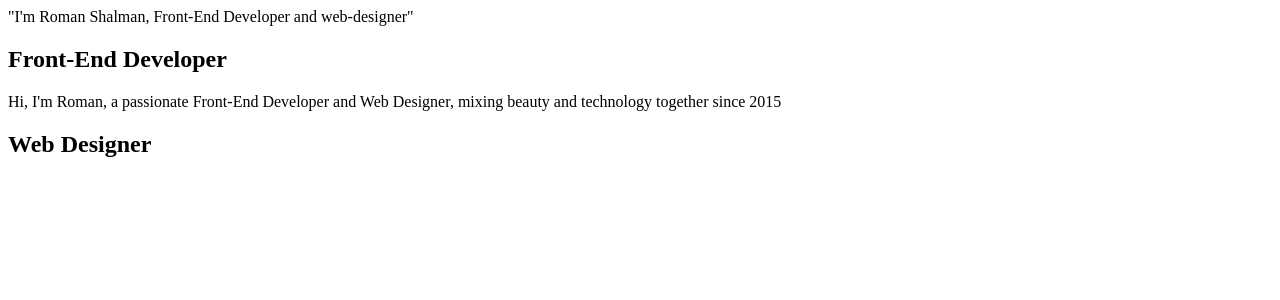
Repository: RShalman/rshalman.github.io
Page: index.html
These files come from the project's save history. The page is drawn as it stood at one moment and after the next save; the edit follows.
The browser window is 1280 px wide. The pictures show the whole page.

Above is the page before, as saved 2018-10-18 12:07:56.

### index.html
<!DOCTYPE html>
<html>
<head>
    <meta charset="utf-8" />
    <meta http-equiv="X-UA-Compatible" content="IE=edge">
    <title>Roman Shalman - Front-End Developer</title>
    <description>"I'm Roman Shalman, Front-End Developer and web-designer"</description>
    <meta name="viewport" content="width=device-width, initial-scale=1">
    <link rel="stylesheet" type="text/css" media="screen" href="css/main.css" />
    <script src="js/main.js"></script>
</head>
<body>
    <section id="intro">
        <h1 id="title">Front-End Developer</h1>
        <p id="description">Hi, I'm Roman, a passionate Front-End Developer and Web Designer, mixing beauty and technology together since 2015</p>
        <h2 id="second-prof">Web Designer</h2>
        <a href="mailto:romanshalman@gmail.com" class="my_btn"></a>
    </section>
</body>
</html>

Loaded but not shown: js/main.js (no stored copy; drawn as an empty file); css/main.css (no stored copy; drawn as an empty file)

After the next save:
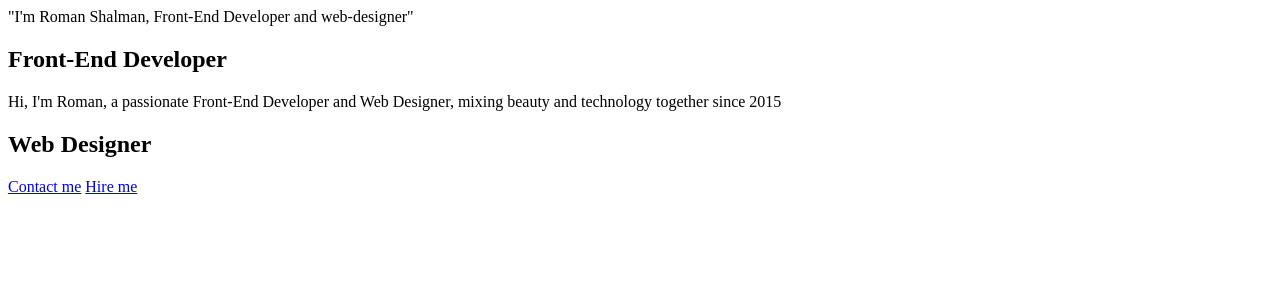
Saved 66 s later.
--- a/index.html
+++ b/index.html
@@ -14,7 +14,8 @@
         <h1 id="title">Front-End Developer</h1>
         <p id="description">Hi, I'm Roman, a passionate Front-End Developer and Web Designer, mixing beauty and technology together since 2015</p>
         <h2 id="second-prof">Web Designer</h2>
-        <a href="mailto:romanshalman@gmail.com" class="my_btn"></a>
+        <a href="mailto:romanshalman@gmail.com" class="my_btn">Contact me</a>
+        <a href="#contacts" class="my_btn">Hire me</a>
     </section>
 </body>
 </html>
